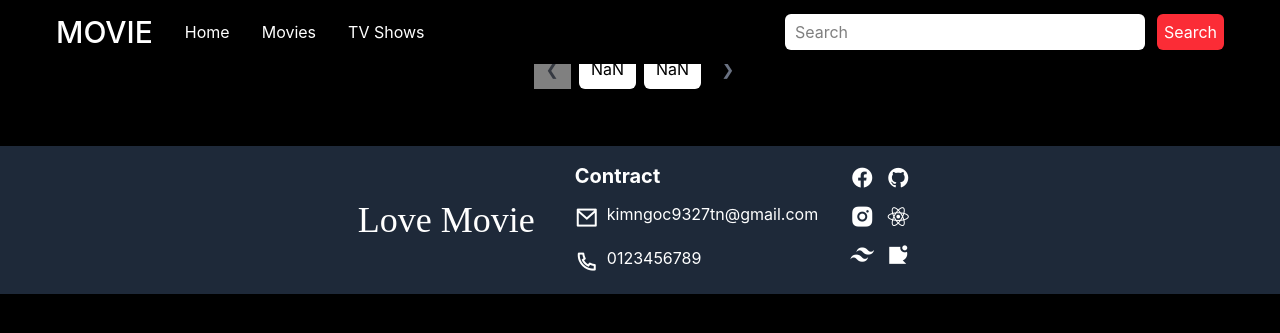
Repository: kimngoc9327/Love_Movie_Project
Page: /search
The author's editor kept a copy of each file at every save. The page is drawn from the files as they stood at one save, then again after the next save.
The browser window is 1280 px wide. The pictures show the whole page.
The page's requests for data from a server got no answer. The project was rebuilt for these pictures with package versions that can differ from the ones it lists, and the page was loaded fresh each time. No one was signed in, and anything a server would have sent is missing. Also part of the build but not shown: vite.config.js, src/components/ui/MovieCard.jsx, src/components/ui/MovieList.jsx, src/components/ui/Banner.jsx, src/pages/Home.jsx, src/pages/MovieCategory.jsx, src/pages/MovieDetails.jsx.

Above is the page before, as saved 2025-03-23 18:07:05.

### index.html
<!DOCTYPE html>
<html lang="en">
  <head>
    <meta charset="UTF-8" />
    <link rel="icon" type="image/svg+xml" href="/love-movie-logo.ico" />
    <meta name="viewport" content="width=device-width, initial-scale=1.0" />
    <title>Love Movie</title>
  </head>
  <body>
    <div id="root"></div>
    <script type="module" src="/src/main.jsx"></script>
  </body>
</html>

### src/main.jsx
import { createRoot } from "react-dom/client";
import "./index.css";
import App from "./App.jsx";
import { store } from "./redux/store";
import { Provider } from "react-redux";
import { BrowserRouter } from "react-router-dom";

createRoot(document.getElementById("root")).render(
  <BrowserRouter>
    <Provider store={store}>
      <App />
    </Provider>
  </BrowserRouter>
);

### src/index.css
@import "tailwindcss";
@import "remixicon/fonts/remixicon.css";
@import "react-multi-carousel/lib/styles.css";

:root {
  font-family: Inter, system-ui, Avenir, Helvetica, Arial, sans-serif;
  background-color: black;
}

/* a {
  font-weight: 500;
  color: #646cff;
  text-decoration: inherit;
}
a:hover {
  color: #535bf2;
}

body {
  margin: 0;
  display: flex;
  place-items: center;
  min-width: 320px;
  min-height: 100vh;
}

h1 {
  font-size: 3.2em;
  line-height: 1.1;
}

button {
  border-radius: 8px;
  border: 1px solid transparent;
  padding: 0.6em 1.2em;
  font-size: 1em;
  font-weight: 500;
  font-family: inherit;
  background-color: #1a1a1a;
  cursor: pointer;
  transition: border-color 0.25s;
}
button:hover {
  border-color: #646cff;
}
button:focus,
button:focus-visible {
  outline: 4px auto -webkit-focus-ring-color;
}

@media (prefers-color-scheme: light) {
  :root {
    color: #213547;
    background-color: #ffffff;
  }
  a:hover {
    color: #747bff;
  }
  button {
    background-color: #f9f9f9;
  }
} */

### src/App.jsx
import "react-multi-carousel/lib/styles.css";
import { Route, Routes } from "react-router-dom";
import publicRoutes from "./routes";
import DefaultLayout from "./components/layout/DefaultLayout";
import { Fragment } from "react";
function App() {
  return (
    <>
      <Routes>
        {publicRoutes.map((route, index) => {
          const Page = route.component;
          let Layout = DefaultLayout;
          if (route.layout) {
            Layout = route.layout;
          } else if (route.layout === null) {
            Layout = Fragment;
          }
          return (
            <Route
              key={index}
              path={route.path}
              element={
                <Layout>
                  <Page />
                </Layout>
              }
            />
          );
        })}
      </Routes>
    </>
  );
}

export default App;

### src/redux/store.jsx
import { createStore, applyMiddleware } from "redux";
import { rootReducer } from "./reducer";
import { thunk } from "redux-thunk";

const store = createStore(rootReducer, applyMiddleware(thunk));

export { store };

### src/routes/index.jsx
import DefaultLayout from "../components/layout/DefaultLayout";
import Home from "../pages/Home";
import MovieCategory from "../pages/MovieCategory";
import MovieDetails from "../pages/MovieDetails";
import SearchMovie from "../pages/SearchMovie";

const publicRoutes = [
  { path: "/", component: Home, layout: DefaultLayout },
  { path: "/search", component: SearchMovie, layout: DefaultLayout },
  { path: "/movieCategory", component: MovieCategory, layout: DefaultLayout },
  { path: "/movieDetails", component: MovieDetails, layout: DefaultLayout },
];

export default publicRoutes;

### src/components/layout/DefaultLayout.jsx
import Header from "./Header";
import Footer from "./Footer";
import PropTypes from "prop-types";

function DefaultLayout({ children }) {
  return (
    <div>
      <Header />
      <div>{children}</div>
      <Footer />
    </div>
  );
}

DefaultLayout.propTypes = {
  children: PropTypes.any,
};

export default DefaultLayout;

### src/redux/reducer.jsx
import { combineReducers } from "redux";
import { GET_MOVIE, GET_MOVIE_DISCOVER, GET_MOVIES } from "./types";

const initialState = {
  movies: {},
  currentMovie: null,
};

const movieReducer = (state = initialState, action) => {
  switch (action.type) {
    case GET_MOVIES:
      return {
        ...state,
        movies: { ...state.movies, [action.category]: action.payload },
      };
    case GET_MOVIE_DISCOVER:
      return { ...state, movies: action.payload };
    case GET_MOVIE:
      return { ...state, currentMovie: action.payload };
    default:
      return state;
  }
};

export const rootReducer = combineReducers({
  movieReducer,
});

### src/pages/SearchMovie.jsx
import { useDispatch, useSelector } from "react-redux";
import MovieCard from "../components/ui/MovieCard";
import { IMAGE_PATH } from "../constants/constants";
import { useEffect, useState } from "react";
import { getMovieDiscover } from "../redux/actions";
import { useLocation } from "react-router-dom";
import PaginationButton from "../components/ui/PaginationButton";

function SearchMovie() {
  const dispatch = useDispatch();
  const movies = useSelector((state) => state.movieReducer.movies);

  const location = useLocation();
  const queryParams = new URLSearchParams(location.search);
  const genreId = queryParams.get("genre"); // Lấy genreId từ URL
  const [page, setPage] = useState(1);

  useEffect(() => {
    if (genreId) {
      dispatch(getMovieDiscover(genreId)); // Gọi API khi có genreId
    }
  }, [dispatch, genreId]);

  const totalPages = movies?.total_pages;
  const maxPages = Math.min(totalPages, 500);
  return (
    <div className="flex flex-col items-center">
      <div className="grid grid-cols-4 gap-4 mt-4">
        {movies?.results
          ?.filter((movie) => movie.title && movie.poster_path)
          .map((movie) => (
            <div key={movie.id}>
              <MovieCard
                title={movie.title}
                poster={IMAGE_PATH + movie.poster_path}
              />
            </div>
          ))}
        : (<p className="text-gray-400">No movies found</p>)
      </div>

      <PaginationButton
        currentPage={page}
        onPageChange={setPage}
        totalPages={maxPages}
      />
    </div>
  );
}

export default SearchMovie;

### src/components/layout/Header.jsx
import { Link } from "react-router-dom";
import MovieDropdown from "../ui/MovieDropdown";
import SearchInput from "../ui/SearchInput";

const Header = () => {
  return (
    <div className="flex fixed z-50 w-screen top-0 items-center text-white p-[24px] h-[64px] bg-black">
      <div className="flex space-x-8 items-center ml-8">
        <Link to="/">
          <p className="hover:text-red-500 font-medium text-3xl">MOVIE</p>
        </Link>
        <Link to="/">
          <p className="hover:text-red-500 text-base">Home</p>
        </Link>
        <MovieDropdown />
        <p className="hover:text-red-500  text-base">TV Shows</p>
      </div>
      <SearchInput />
    </div>
  );
};

export default Header;

### src/components/layout/Footer.jsx
function Footer() {
  return (
    <div className="flex space-x-10 mt-12 p-4 items-center justify-center text-white bg-gray-800">
      <p className="font-[fantasy] text-4xl ">Love Movie</p>
      <div className="flex space-x-8">
        <div className="space-y-3">
          <p className="text-xl font-bold">Contract</p>
          <div className="flex space-x-2">
            <i className="ri-mail-line text-2xl"></i>{" "}
            <p>kimngoc9327tn@gmail.com</p>
          </div>
          <div className="flex space-x-2">
            <i className="ri-phone-line text-2xl"></i> <p>0123456789</p>
          </div>
        </div>
        <div className="grid grid-cols-2 space-x-3">
          <i className="ri-facebook-circle-fill  text-2xl"></i>
          <i className="ri-github-fill  text-2xl"></i>
          <i className="ri-instagram-fill  text-2xl"></i>
          <i className="ri-reactjs-fill text-2xl"></i>
          <i className="ri-tailwind-css-fill text-2xl"></i>
          <i className="ri-remixicon-fill text-2xl"></i>
        </div>
      </div>
    </div>
  );
}

export default Footer;

### src/redux/types.jsx
export const GET_MOVIES = "GET_MOVIES";
export const GET_MOVIE = "GET_MOVIE";
export const SET_PARAMS = "SET_PARAMS";
export const GET_MOVIE_DISCOVER = "GET_MOVIE_DISCOVER";

### src/redux/actions.jsx
import axios from "axios";
import { GET_MOVIES, GET_MOVIE, GET_MOVIE_DISCOVER } from "./types";
import { AUTH_TOKEN, BASE_URL, API_KEY } from "../constants/constants";

const getMovies =
  (category, params = {}) =>
  async (dispatch) => {
    try {
      const response = await axios.get(`${BASE_URL}/movie/${category}`, {
        headers: {
          Authorization: `Bearer ${AUTH_TOKEN}`,
        },
        params: {
          ...params,
        },
      });

      dispatch({ type: GET_MOVIES, payload: response.data, category });
    } catch (error) {
      console.error(error);
    }
  };

const getMovieDiscover = (genreId) => async (dispatch) => {
  try {
    const response = await axios.get(`${BASE_URL}/discover/movie`, {
      headers: {
        Authorization: `Bearer ${import.meta.env.VITE_API_TOKEN}`,
      },
      params: {
        with_genres: genreId,
      },
    });

    dispatch({ type: GET_MOVIE_DISCOVER, payload: response.data });
  } catch (error) {
    console.log(error);
  }
};

const getMovie = (id) => async (dispatch) => {
  try {
    const response = await axios.get(
      `${BASE_URL}/movie/${id}?append_to_response=videos,translations&api_key=${API_KEY}`,
      {
        headers: {
          Authorization: `Bearer ${AUTH_TOKEN}`,
        },
        params: {
          append_to_response: "videos,translations",
          language: "en-US",
        },
      }
    );

    dispatch({ type: GET_MOVIE, payload: response.data });
  } catch (error) {
    console.log(error);
  }
};

export { getMovies, getMovie, getMovieDiscover };

### src/constants/constants.jsx
export const API_KEY = import.meta.env.VITE_API_KEY;
export const AUTH_TOKEN = import.meta.env.VITE_API_TOKEN;
export const IMAGE_PATH = `https://image.tmdb.org/t/p/w500`;
export const BASE_URL = `https://api.themoviedb.org/3`;

### src/components/ui/PaginationButton.jsx
import PropTypes from "prop-types";

const PaginationButton = ({ currentPage, totalPages, onPageChange }) => {
  const getPageNumbers = () => {
    const pages = [];
    const maxPages = Math.min(totalPages, 500); // Giới hạn totalPages tối đa là 500

    if (maxPages <= 6) {
      for (let i = 1; i <= maxPages; i++) pages.push(i);
    } else {
      if (currentPage > 1) pages.push(1, "...");

      // Đảm bảo không thêm trang vượt quá maxPages
      if (currentPage < maxPages - 1) {
        pages.push(currentPage);
        if (currentPage + 1 <= maxPages) pages.push(currentPage + 1);
        if (currentPage + 2 <= maxPages) pages.push(currentPage + 2);
      }

      if (currentPage < maxPages - 2) pages.push("...");

      // Luôn hiển thị trang cuối cùng
      pages.push(maxPages - 1, maxPages);
    }

    return pages;
  };

  return (
    <div className="flex items-center space-x-2 border rounded-md px-4 py-2">
      {/* Nút Previous */}
      <button
        className={`px-3 py-2 bg-white text-gray-500 ${
          currentPage === 1
            ? "opacity-50 cursor-not-allowed"
            : "hover:bg-gray-200"
        }`}
        disabled={currentPage === 1}
        onClick={() => onPageChange(currentPage - 1)}
      >
        ❮
      </button>

      {/* Các số trang */}
      {getPageNumbers().map((page, index) =>
        page === "..." ? (
          <span key={index} className="px-3 py-2 text-gray-500">
            ...
          </span>
        ) : (
          <button
            key={index}
            className={`px-3 py-2 bg-white rounded-md ${
              currentPage === page
                ? "!bg-indigo-600 text-white"
                : "hover:bg-gray-200"
            }`}
            onClick={() => onPageChange(page)}
          >
            {page}
          </button>
        )
      )}

      {/* Nút Next */}
      <button
        className={`px-3 py-2 text-gray-500 ${
          currentPage === totalPages
            ? "opacity-50 cursor-not-allowed"
            : "hover:bg-gray-200"
        }`}
        disabled={currentPage === totalPages}
        onClick={() => onPageChange(currentPage + 1)}
      >
        ❯
      </button>
    </div>
  );
};

PaginationButton.propTypes = {
  currentPage: PropTypes.number,
  onPageChange: PropTypes.number,
  totalPages: PropTypes.number,
};

export default PaginationButton;

### src/components/ui/MovieDropdown.jsx
import { Menu, MenuButton, MenuItem, MenuItems } from "@headlessui/react";
import { useState } from "react";
import { useDispatch } from "react-redux";
import { getMovieDiscover } from "../../redux/actions";
import { useNavigate } from "react-router-dom";

function MovieDropdown() {
  const [isOpen, setIsOpen] = useState(false);
  const dispatch = useDispatch();
  const navigate = useNavigate();

  const genre = [
    { id: 28, name: "Action" },
    { id: 12, name: "Adventure" },
    { id: 16, name: "Animation" },
    { id: 35, name: "Comedy" },
    { id: 80, name: "Crime" },
    { id: 99, name: "Documentary" },
    { id: 18, name: "Drama" },
    { id: 10751, name: "Family" },
    { id: 14, name: "Fantasy" },
    { id: 36, name: "History" },
    { id: 27, name: "Horror" },
    { id: 10402, name: "Music" },
    { id: 9648, name: "Mystery" },
    { id: 10749, name: "Romance" },
    { id: 878, name: "Science Fiction" },
    { id: 10770, name: "TV Movie" },
    { id: 53, name: "Thriller" },
    { id: 10752, name: "War" },
    { id: 37, name: "Western" },
  ];

  const handleGenreSelect = (genreId) => {
    dispatch(getMovieDiscover(genreId));
    navigate(`/search?genre=${genreId}`);
    setIsOpen(false);
  };

  return (
    <div className="relative" onMouseUp={() => setIsOpen(true)}>
      <Menu>
        <MenuButton className="hover:text-red-500 text-base">Movies</MenuButton>
        {isOpen && (
          <MenuItems className="grid grid-cols-3 gap-4 absolute left-0 mt-2 w-150 p-2 origin-top-right rounded-md bg-black ring-1 z-40 focus:outline-none">
            {genre.map((genre) => (
              <MenuItem
                id={genre.id}
                key={genre.id}
                as="div"
                className="px-4 py-2 text-white hover:bg-gray-700 cursor-pointer"
                onClick={() => handleGenreSelect(genre.id)}
              >
                {genre.name}
              </MenuItem>
            ))}
          </MenuItems>
        )}
      </Menu>
    </div>
  );
}

export default MovieDropdown;

### src/components/ui/SearchInput.jsx
function SearchInput() {
  return (
    <div className="ml-auto mr-8  flex items-center space-x-3">
      <input
        className="h-[36px] w-90 text-black pl-[10px] bg-white rounded-md "
        placeholder="Search"
      />
      <button className="bg-red-500 px-[7px] h-[36px] text-center rounded-md">
        Search
      </button>
    </div>
  );
}

export default SearchInput;

After the next save:
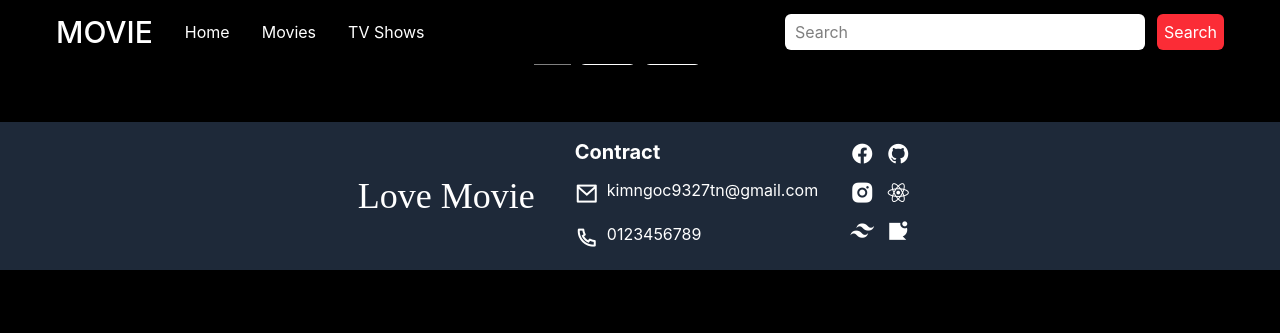
Saved 8 s later.
--- a/src/pages/SearchMovie.jsx
+++ b/src/pages/SearchMovie.jsx
@@ -36,7 +36,6 @@ function SearchMovie() {
               />
             </div>
           ))}
-        : (<p className="text-gray-400">No movies found</p>)
       </div>
 
       <PaginationButton
